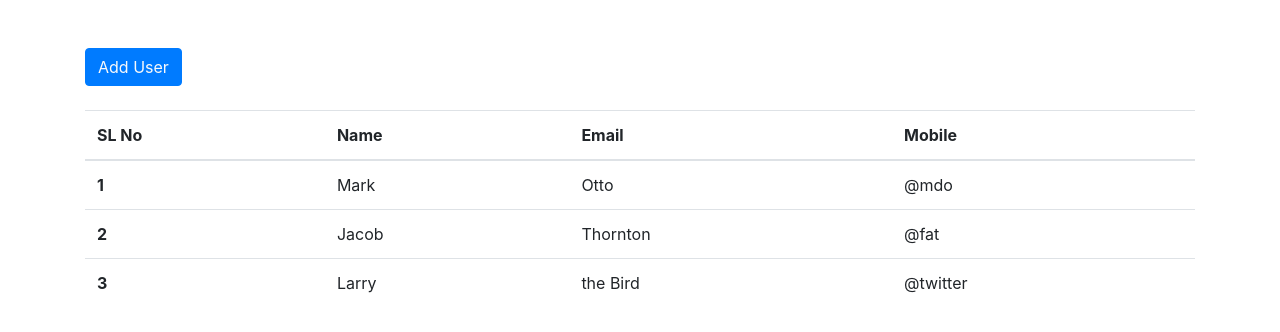
Repository: AMIT1439027/crud-app
Page: http://localhost/display.php
The author's editor kept a copy of each file at every save. The page is drawn from the files as they stood at one save, then again after the next save.
The browser window is 1280 px wide. The pictures show the whole page.
The page is run by PHP 8.4 with error messages shown; the project is at /var/www/html/.

Above is the page before, as saved 2024-04-25 10:30:37.

### display.php
<!DOCTYPE html>
<html lang="en">
<head>
    <meta charset="UTF-8">
    <meta name="viewport" content="width=device-width, initial-scale=1.0">
    <title>crud operation</title>
    <link rel="stylesheet" href="https://cdn.jsdelivr.net/npm/bootstrap@4.0.0/dist/css/bootstrap.min.css">


</head>
<body>

<div class="container my-5">
    <button class="btn btn-primary"><a href="user.php"
    class="text-light">Add User </a></button>

    <br>
    <br>

    <table class="table">
  <thead>
    <tr>
      <th scope="col">SL No</th>
      <th scope="col">Name</th>
      <th scope="col">Email</th>
      <th scope="col">Mobile</th>

    </tr>
  </thead>
  <tbody>
    <tr>
      <th scope="row">1</th>
      <td>Mark</td>
      <td>Otto</td>
      <td>@mdo</td>
    </tr>
    <tr>
      <th scope="row">2</th>
      <td>Jacob</td>
      <td>Thornton</td>
      <td>@fat</td>
    </tr>
    <tr>
      <th scope="row">3</th>
      <td>Larry</td>
      <td>the Bird</td>
      <td>@twitter</td>
    </tr>
  </tbody>
</table>

</div>


</body>
</html>

After the next save:
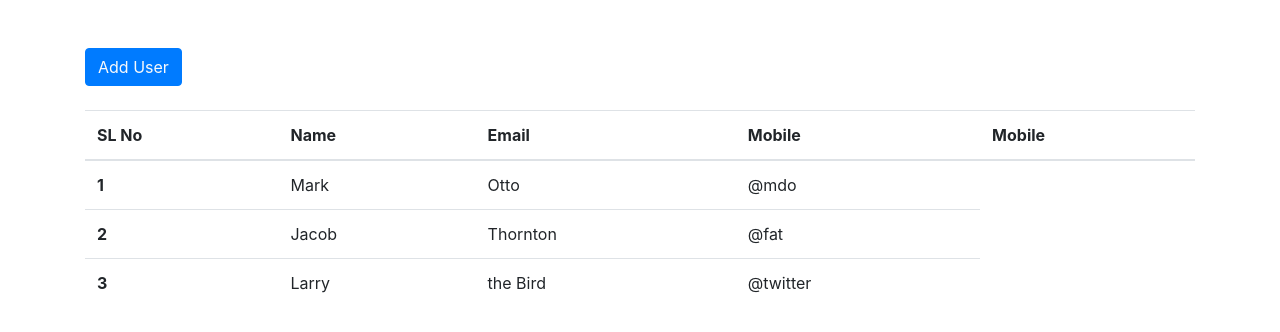
Saved 5 s later.
--- a/display.php
+++ b/display.php
@@ -23,6 +23,7 @@
       <th scope="col">SL No</th>
       <th scope="col">Name</th>
       <th scope="col">Email</th>
+      <th scope="col">Mobile</th>
       <th scope="col">Mobile</th>
 
     </tr>
